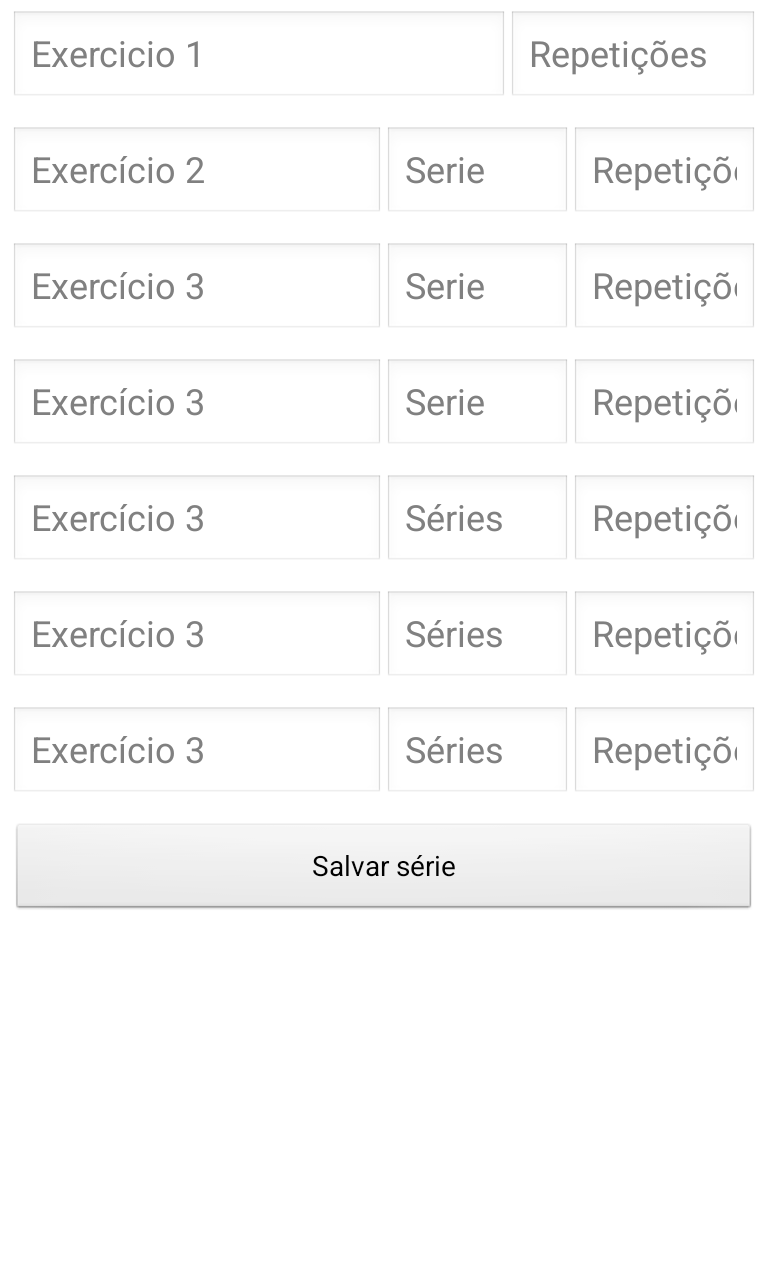
Repository: BrunoDeNadaiSarnaglia/Exame
Layout: Exame/res/layout/activity_nova_serie.xml
An editor plug-in stored every save of this project. The layout is shown before and after the next save, followed by the edit.
It is drawn on a 768 x 1280 px phone screen (xhdpi) without system bars, with theme AppTheme; the app's code is not run.

Above is the layout before, as saved 2013-07-09 20:10:08.

### Exame/res/layout/activity_nova_serie.xml
<TableLayout xmlns:android="http://schemas.android.com/apk/res/android"
    android:id="@+id/tableLayout1"
    android:layout_width="fill_parent"
    android:layout_height="fill_parent" >

    <!-- 3 colunas -->
    <TableRow
        android:id="@+id/tableRow1"
        android:layout_width="wrap_content"
        android:layout_height="wrap_content"
        android:padding="5dip" >

        <EditText android:id="@+id/exercicio1"
        android:layout_weight="2"
        android:layout_width="0dp"
        android:layout_height="wrap_content"
        android:hint="Exercicio 1" />

<!--         <EditText android:id="@+id/series1" -->
<!--         android:layout_weight="1" -->
<!--         android:layout_width="0dp" -->
<!--         android:layout_height="wrap_content" -->
<!--         android:hint="Serie" -->
<!--         android:inputType="number" /> -->

        <EditText android:id="@+id/repeticoes1"
        android:layout_weight="1"
        android:layout_width="0dp"
        android:layout_height="wrap_content"
        android:hint="Repetições"
        android:inputType="number" />
    </TableRow>

    <TableRow
        android:id="@+id/tableRow2"
        android:layout_width="wrap_content"
        android:layout_height="wrap_content"
        android:padding="5dip" >

        <EditText android:id="@+id/exercicio2"
        android:layout_weight="2"
        android:layout_width="0dp"
        android:layout_height="wrap_content"
        android:hint="@string/exercicio2" />

        <EditText android:id="@+id/series2"
        android:layout_weight="1"
        android:layout_width="0dp"
        android:layout_height="wrap_content"
        android:hint="Serie"
        android:inputType="number" />

        <EditText android:id="@+id/repeticoes2"
        android:layout_weight="1"
        android:layout_width="0dp"
        android:layout_height="wrap_content"
        android:hint="Repetições"
        android:inputType="number" />
    </TableRow>

    <TableRow
        android:id="@+id/tableRow3"
        android:layout_width="wrap_content"
        android:layout_height="wrap_content"
        android:padding="5dip" >

        <EditText android:id="@+id/exercicio3"
        android:layout_weight="2"
        android:layout_width="0dp"
        android:layout_height="wrap_content"
        android:hint="@string/exercicio3" />

        <EditText android:id="@+id/series3"
        android:layout_weight="1"
        android:layout_width="0dp"
        android:layout_height="wrap_content"
        android:hint="Serie"
        android:inputType="number" />

        <EditText android:id="@+id/repeticoes3"
        android:layout_weight="1"
        android:layout_width="0dp"
        android:layout_height="wrap_content"
        android:hint="Repetições"
        android:inputType="number" />
    </TableRow>

    <TableRow
        android:id="@+id/tableRow4"
        android:layout_width="wrap_content"
        android:layout_height="wrap_content"
        android:padding="5dip" >

        <EditText android:id="@+id/exercicio4"
        android:layout_weight="2"
        android:layout_width="0dp"
        android:layout_height="wrap_content"
        android:hint="@string/exercicio3" />

        <EditText android:id="@+id/series4"
        android:layout_weight="1"
        android:layout_width="0dp"
        android:layout_height="wrap_content"
        android:hint="Serie"
        android:inputType="number" />

        <EditText android:id="@+id/repeticoes4"
        android:layout_weight="1"
        android:layout_width="0dp"
        android:layout_height="wrap_content"
        android:hint="Repetições"
        android:inputType="number" />
    </TableRow>

    <TableRow
        android:id="@+id/tableRow5"
        android:layout_width="wrap_content"
        android:layout_height="wrap_content"
        android:padding="5dip" >

        <EditText android:id="@+id/exercicio5"
        android:layout_weight="2"
        android:layout_width="0dp"
        android:layout_height="wrap_content"
        android:hint="@string/exercicio3" />

        <EditText android:id="@+id/series5"
        android:layout_weight="1"
        android:layout_width="0dp"
        android:layout_height="wrap_content"
        android:hint="@string/series3"
        android:inputType="number" />

        <EditText android:id="@+id/repeticoes5"
        android:layout_weight="1"
        android:layout_width="0dp"
        android:layout_height="wrap_content"
        android:hint="Repetições"
        android:inputType="number" />
    </TableRow>

    <TableRow
        android:id="@+id/tableRow6"
        android:layout_width="wrap_content"
        android:layout_height="wrap_content"
        android:padding="5dip" >

        <EditText android:id="@+id/exercicio6"
        android:layout_weight="2"
        android:layout_width="0dp"
        android:layout_height="wrap_content"
        android:hint="@string/exercicio3" />

        <EditText android:id="@+id/series6"
        android:layout_weight="1"
        android:layout_width="0dp"
        android:layout_height="wrap_content"
        android:hint="@string/series3"
        android:inputType="number" />

        <EditText android:id="@+id/repeticoes6"
        android:layout_weight="1"
        android:layout_width="0dp"
        android:layout_height="wrap_content"
        android:hint="Repetições"
        android:inputType="number" />
    </TableRow>

    <TableRow
        android:id="@+id/tableRow7"
        android:layout_width="wrap_content"
        android:layout_height="wrap_content"
        android:padding="5dip" >

        <EditText android:id="@+id/exercicio7"
        android:layout_weight="2"
        android:layout_width="0dp"
        android:layout_height="wrap_content"
        android:hint="@string/exercicio3" />

        <EditText android:id="@+id/series7"
        android:layout_weight="1"
        android:layout_width="0dp"
        android:layout_height="wrap_content"
        android:hint="@string/series3"
        android:inputType="number" />

        <EditText android:id="@+id/repeticoes7"
        android:layout_weight="1"
        android:layout_width="0dp"
        android:layout_height="wrap_content"
        android:hint="Repetições"
        android:inputType="number" />
    </TableRow>

    <TableRow
        android:id="@+id/tableRow8"
        android:layout_width="wrap_content"
        android:layout_height="wrap_content"
        android:padding="5dip" >

        <Button
        	android:layout_weight="1"
        	android:layout_width="wrap_content"
       		android:layout_height="wrap_content"
        	android:text="@string/botao_salvar_serie"
        	android:onClick="sendMessage"/> <!-- Chamar método no NovaSerieActivity -->
    </TableRow>


</TableLayout>

### Exame/res/values/strings.xml
<?xml version="1.0" encoding="utf-8"?>
<resources>

    <string name="app_name">My Second App</string>
    <string name="action_settings">Settings</string>
    <string name="button_send">Send</string>
    <string name="edit_message">Enter a message</string>
    <string name="title_activity_display_message">My Message</string>
    <string name="hello_world">Hello world!</string>
    <string name="title_activity_nova_serie">NovaSerieActivity</string>


    <string name="botao_nova_serie">Nova Série</string>
    <!-- Adicionados para a NovaSerieActivity -->
	<!-- Linha1 -->
	<string name="exercicio1">Exercício 1</string>
	<string name="series1">Séries</string>
	<string name="repeticoes1">Reps</string>
	<!-- Linha2 -->
	<string name="exercicio2">Exercício 2</string>
	<string name="series2">Séries</string>
	<string name="repeticoes2">Reps</string>
	<!-- Linha3 -->
	<string name="exercicio3">Exercício 3</string>
	<string name="series3">Séries</string>
	<string name="repeticoes3">Reps</string>
	<!-- Linha4 -->
	<string name="botao_salvar_serie">Salvar série</string>

</resources>

Loaded but not shown: Exame/res/values/styles.xml (common file)

After the next save:
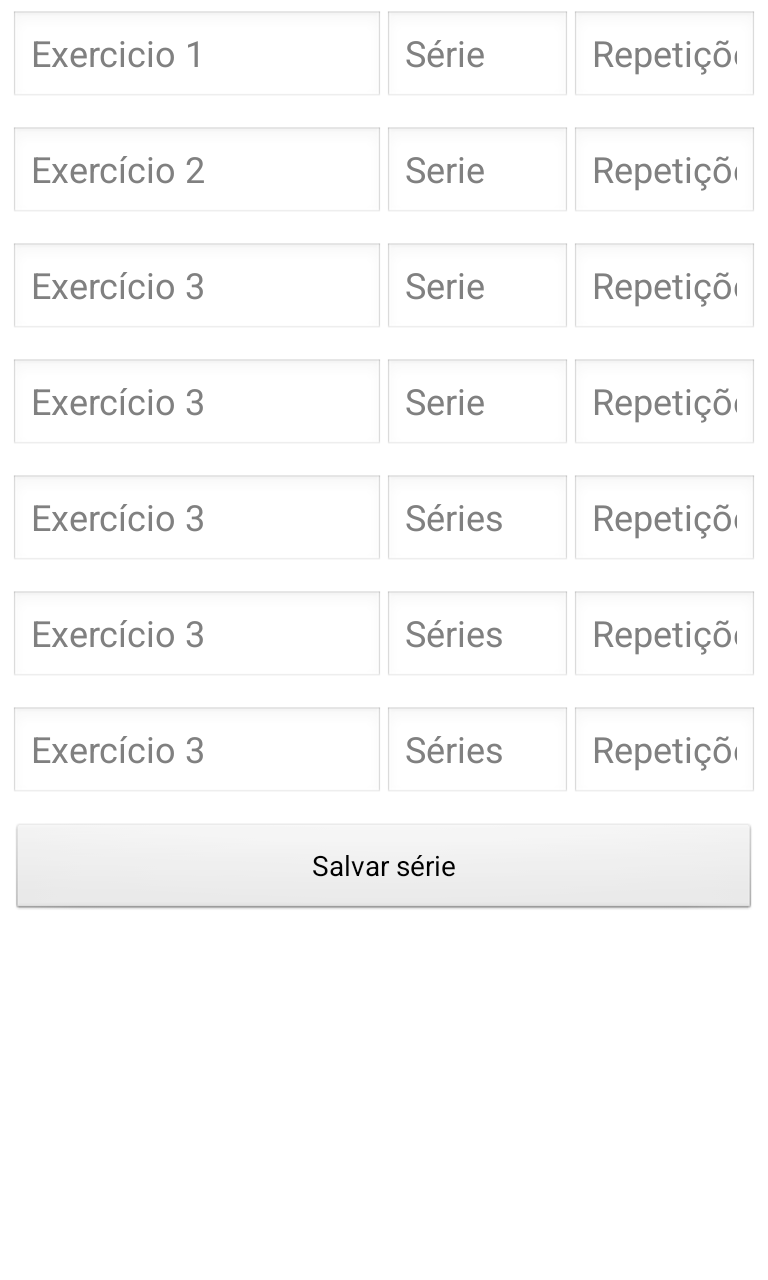
Saved 5 min 8 s later.
--- a/Exame/res/layout/activity_nova_serie.xml
+++ b/Exame/res/layout/activity_nova_serie.xml
@@ -16,17 +16,17 @@
         android:layout_height="wrap_content"
         android:hint="Exercicio 1" />
 
-<!--         <EditText android:id="@+id/series1" -->
-<!--         android:layout_weight="1" -->
-<!--         android:layout_width="0dp" -->
-<!--         android:layout_height="wrap_content" -->
-<!--         android:hint="Serie" -->
-<!--         android:inputType="number" /> -->
+        <EditText android:id="@+id/series1"
+        android:layout_weight="1"
+        android:layout_width="0dp"
+        android:layout_height="wrap_content"
+        android:hint="Série"
+        android:inputType="number" />
 
         <EditText android:id="@+id/repeticoes1"
         android:layout_weight="1"
         android:layout_width="0dp"
-        android:layout_height="wrap_content"
+        android:layout_height="fill_parent"
         android:hint="Repetições"
         android:inputType="number" />
     </TableRow>
